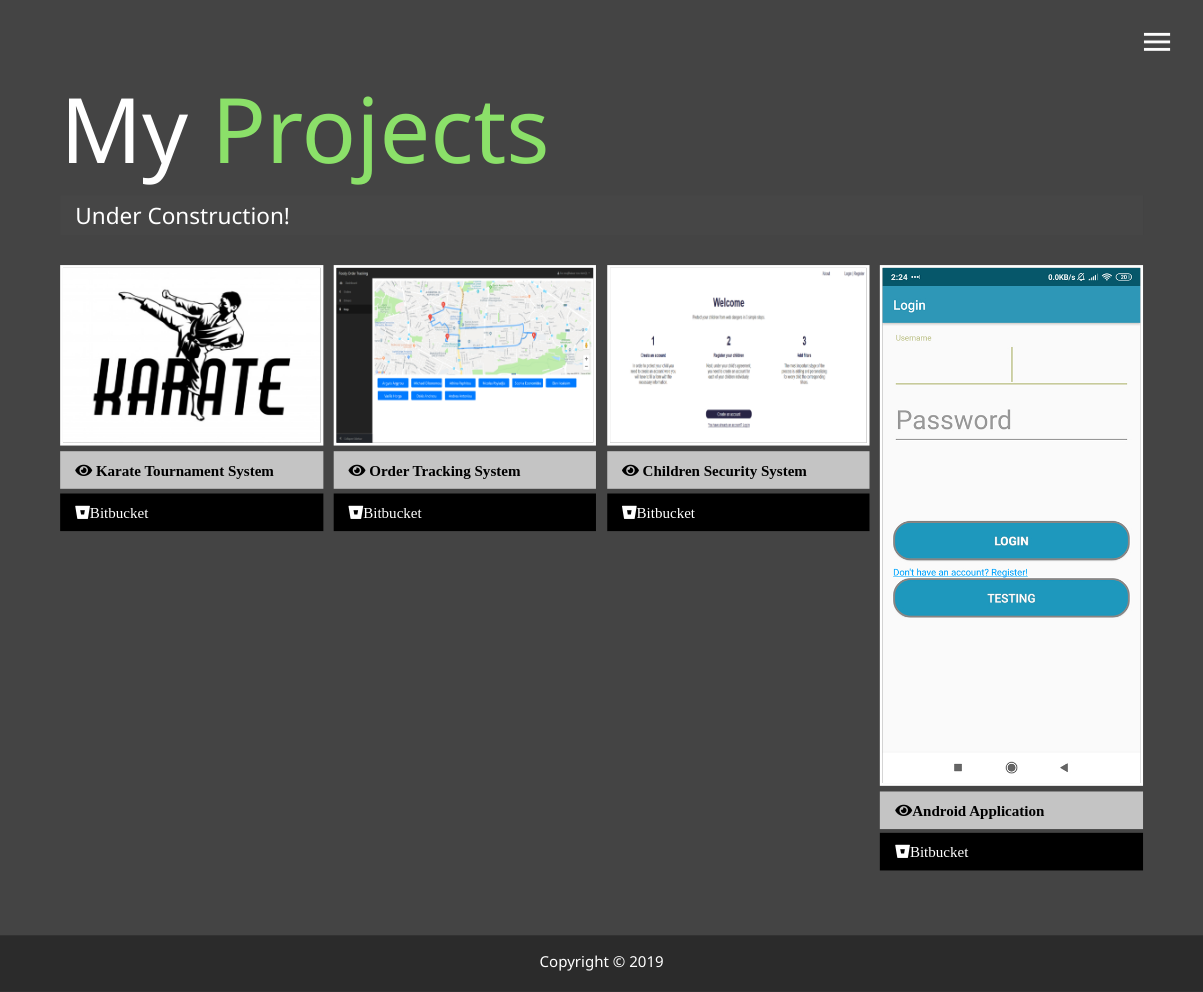
Repository: Preap/portfolio
Page: dist/work.html
These files come from the project's save history. The page is drawn as it stood at one moment and after the next save; the edit follows.
The browser window is 1280 px wide. The pictures show the whole page, at 94% of full size.
Some web libraries are served in a nearby version.

Above is the page before, as saved 2019-06-06 02:36:56.

### dist/work.html
<!DOCTYPE html>
<html lang="en">
  <head>
    <meta charset="UTF-8" />
    <meta name="viewport" content="width=device-width, initial-scale=1.0" />
    <meta http-equiv="X-UA-Compatible" content="ie=edge" />
    <link
      rel="stylesheet"
      href="https://use.fontawesome.com/releases/v5.6.1/css/all.css"
      integrity="sha384-gfdkjb5BdAXd+lj+gudLWI+BXq4IuLW5IT+brZEZsLFm++aCMlF1V92rMkPaX4PP"
      crossorigin="anonymous"
    />
    <link rel="stylesheet" href="css/main.css" />
    <title>My Work</title>
  </head>
  <body>
    <header>
      <div class="menu-btn">
        <div class="btn-line"></div>
        <div class="btn-line"></div>
        <div class="btn-line"></div>
      </div>

      <nav class="menu">
        <div class="menu-branding"><div class="portrait"></div></div>

        <ul class="menu-nav">
          <li class="nav-item">
            <a href="index.html" class="nav-link"> Home </a>
          </li>
          <li class="nav-item">
            <a href="about.html" class="nav-link"> My Experience </a>
          </li>
          <li class="nav-item">
            <a href="work.html" class="nav-link current"> My Projects </a>
          </li>
          <li class="nav-item">
            <a href="contact.html" class="nav-link"> Contact Me </a>
          </li>
        </ul>
      </nav>
    </header>

    <main id="work">
      <h1 class="lg-heading">
        My <span class="text-secondary">Projects</span>
      </h1>
      <h2 class="sm-heading">Under Construction!</h2>
      <div class="projects">
        <div class="item">
          <a href="./projects/karate.html">
            <img src="./img/projects/karate/logo.jpg" alt="karate_image" />
          </a>

          <a href="#!" class="btn-light">
            <i class="fas fa-eye"> Karate Tournament System</i>
          </a>
          <a href="#!" class="btn-dark">
            <i class="fab fa-bitbucket">Bitbucket</i>
          </a>
        </div>
        <div class="item">
          <a href="./projects/ordertracking.html">
            <img
              src="./img/projects/ordertracking/image1.jpg"
              alt="ordertracking_image"
            />
          </a>

          <a href="#!" class="btn-light">
            <i class="fas fa-eye"> Order Tracking System</i>
          </a>
          <a href="#!" class="btn-dark">
            <i class="fab fa-bitbucket">Bitbucket</i>
          </a>
        </div>
        <div class="item">
          <a href="./projects/encase.html">
            <img src="./img/projects/encase/image1.jpg" alt="encase_image" />
          </a>

          <a href="#!" class="btn-light">
            <i class="fas fa-eye"> Children Security System</i>
          </a>
          <a href="#!" class="btn-dark">
            <i class="fab fa-bitbucket">Bitbucket</i>
          </a>
        </div>
        <div class="item">
          <a href="#!">
            <img src="./img/projects/stockcontrol/image1.jpg" alt="project1" />
          </a>

          <a href="#!" class="btn-light">
            <i class="fas fa-eye">Android Application</i>
          </a>
          <a href="#!" class="btn-dark">
            <i class="fab fa-bitbucket">Bitbucket</i>
          </a>
        </div>
      </div>
    </main>

    <footer id="main-footer">
      Copyright &copy; 2019
    </footer>

    <script src="js/main.js"></script>
  </body>
</html>

### dist/css/main.css
.menu-btn {
  position: absolute;
  top: 35px;
  right: 35px;
  z-index: 3;
  cursor: pointer;
  transition: all 0.5s ease-out;
}
.menu-btn .btn-line {
  width: 28px;
  height: 3px;
  margin: 0 0 5px 0;
  background: #fff;
  transition: all 0.5s ease-out;
}
.menu-btn.close {
  transform: rotate(180deg);
}
.menu-btn.close .btn-line:nth-child(1) {
  transform: rotate(45deg) translate(5px, 5px);
}
.menu-btn.close .btn-line:nth-child(2) {
  opacity: 0;
}
.menu-btn.close .btn-line:nth-child(3) {
  transform: rotate(-45deg) translate(6px, -6px);
}

.menu {
  position: fixed;
  top: 0;
  width: 100%;
  opacity: 0.98;
  visibility: hidden;
}
.menu.show {
  visibility: visible;
}
.menu-branding,
.menu-nav {
  display: flex;
  flex-flow: column wrap;
  align-items: center;
  justify-content: center;
  float: left;
  width: 50%;
  height: 100vh;
  overflow: hidden;
}
.menu-nav {
  margin: 0;
  padding: 0;
  background: #373737;
  list-style: none;
  transform: translate3d(100%, -100%, 0);
  transition: all 0.5s ease-out;
}
.menu-nav.show {
  transform: translate3d(0, 0, 0);
}
.menu-branding {
  background: #444;
  transform: translate3d(-100%, 100%, 0);
  transition: all 0.5s ease-out;
}
.menu-branding.show {
  transform: translate3d(0, 0, 0);
}
.menu-branding .portrait {
  width: 250px;
  height: 250px;
  background: url(../img/port2BW.jpg);
  border-radius: 50%;
  border: solid 3px #8be069;
  opacity: 1;
}
.menu .nav-item {
  transform: translate3d(600px, 0, 0);
  transition: all 0.5s ease-out;
}
.menu .nav-item.show {
  transform: translate3d(0, 0, 0);
}
.menu .nav-link {
  display: inline-block;
  position: relative;
  font-size: 50px;
  text-transform: uppercase;
  padding: 1rem 0;
  font-weight: 300;
  color: #fff;
  text-decoration: none;
  transition: all 0.5s ease-out;
}
.menu .nav-link:hover {
  color: #8be069;
  transition: all 0.5s ease-out;
}
.menu .nav-link.current {
  color: #8be069;
}

.nav-item:nth-child(1) {
  transition-delay: 0.15s;
}

.nav-item:nth-child(2) {
  transition-delay: 0.3s;
}

.nav-item:nth-child(3) {
  transition-delay: 0.45s;
}

.nav-item:nth-child(4) {
  transition-delay: 0.6s;
}

* {
  box-sizing: border-box;
}

body {
  background: #444;
  color: #fff;
  height: 100%;
  margin: 0;
  font-family: "Segoe UI", Tahoma, Geneva, Verdana, sans-serif;
  line-height: 1.5;
}
body#bg-img {
  background: url(../img/keyboard.jpg);
  background-attachment: fixed;
  background-size: cover;
}
body#bg-img::after {
  content: "";
  position: absolute;
  top: 0;
  right: 0;
  width: 100%;
  height: 100%;
  z-index: -1;
  background: rgba(68, 68, 68, 0.9);
}

h1,
h2,
h3 {
  margin: 0;
  font-weight: 400;
}
h1.lg-heading,
h2.lg-heading,
h3.lg-heading {
  font-size: 6rem;
}
h1.sm-heading,
h2.sm-heading,
h3.sm-heading {
  margin-bottom: 2rem;
  padding: 0.2rem 1rem;
  background: rgba(73, 73, 73, 0.5);
}

a {
  color: #fff;
  text-decoration-line: none;
}

header {
  position: fixed;
  z-index: 2;
  width: 100%;
}

.text-secondary {
  color: #8be069;
}

main {
  padding: 4rem;
  min-height: calc(100vh - 60px);
}
main .icons {
  margin-top: 1rem;
}
main .icons a {
  padding: 0.4rem;
}
main .icons a:hover {
  color: #8be069;
  transition: all 0.5s ease-out;
}
main#home {
  overflow: hidden;
}
main#home h1 {
  margin-top: 20vh;
}

.about-info {
  display: grid;
  grid-gap: 30px;
  grid-template-areas:
    "bioimage bio bio"
    "job1 job2 job3";
  grid-template-columns: repeat(3, 1fr);
}
.about-info .bio-image {
  grid-area: bioimage;
  margin: auto;
  border-radius: 50%;
  border: #8be069 3px solid;
}
.about-info .bio {
  grid-area: bio;
  font-size: 1.5rem;
}
.about-info .job-1 {
  grid-area: job1;
}
.about-info .job-2 {
  grid-area: job2;
}
.about-info .job-3 {
  grid-area: job3;
}
.about-info .job {
  background: #585858;
  padding: 0.5rem;
  border-bottom: #8be069 5px solid;
}

.projects {
  display: grid;
  grid-gap: 0.7rem;
  grid-template-columns: repeat(3, 1fr);
}
.projects img {
  width: 100%;
  border: 3px #fff solid;
}
.projects img:hover {
  opacity: 0.5;
  border-color: #8be069;
  transition: all 0.5s ease-out;
}

.boxes {
  display: flex;
  flex-wrap: wrap;
  justify-content: space-evenly;
  align-items: center;
  margin-top: 1rem;
}
.boxes div {
  font-size: 2rem;
  border: 3px #fff solid;
  padding: 1.5rem 2.5rem;
  margin-bottom: 3rem;
  transition: all 0.5s ease-out;
}
.boxes div:hover {
  padding: 0.5rem 1.5rem;
  background: #8be069;
  color: #000;
}
.boxes div:hover span {
  color: #000;
}

.btn,
.btn-dark,
.btn-light {
  display: block;
  padding: 0.5rem 1rem;
  border: 0;
  margin-bottom: 0.3rem;
}
.btn:hover,
.btn-dark:hover,
.btn-light:hover {
  background: #8be069;
  color: #000;
  transition: all 0.5s ease-out;
}

.btn-dark {
  background: black;
  color: #fff;
}

.btn-light {
  background: #c4c4c4;
  color: #000;
}

#main-footer {
  text-align: center;
  padding: 1rem;
  background: #2b2b2b;
  color: #fff;
  height: 60px;
}

.bio {
  grid-area: bio;
  font-size: 1.5rem;
}

@media screen and (min-width: 1171px) {
  .projects {
    grid-template-columns: repeat(4, 1fr);
  }
}

@media screen and (min-width: 769) and (max-width: 1170px) {
  .projects {
    grid-template-columns: repeat(3, 1fr);
  }
}

@media screen and (max-width: 768px) {
  main {
    align-items: center;
    text-align: center;
  }
  main .lg-heading {
    line-height: 1;
    margin-bottom: 1rem;
  }
  ul.menu-nav,
  div.menu-branding {
    float: none;
    width: 100%;
    min-height: 0;
  }
  ul.menu-nav.show,
  div.menu-branding.show {
    transform: translate3d(0, 0, 0);
  }
  .menu-nav {
    height: 75vh;
    transform: translate3d(-100%, 0, 0);
    font-size: 24px;
  }
  .menu-branding {
    height: 25vh;
    transform: translate3d(100%, 0, 0);
  }
  .menu-branding .portrait {
    background: url(../img/portSmallBW.jpg);
    width: 150px;
    height: 150px;
  }
  .about-info {
    grid-template-areas:
      "bioimage"
      "bio"
      "job1"
      "job2"
      "job3";
    grid-template-columns: 1fr;
  }
  .projects {
    grid-template-columns: repeat(2, 1fr);
  }
}

@media screen and (max-width: 500px) {
  main#home h1 {
    margin-top: 10vh;
  }
  .projects {
    grid-template-columns: 1fr;
  }
}

### dist/js/main.js
// Select DOM Items
const menuBtn = document.querySelector(".menu-btn");
const menu = document.querySelector(".menu");
const menuNav = document.querySelector(".menu-nav");
const menuBranding = document.querySelector(".menu-branding");
const navItems = document.querySelectorAll(".nav-item");

//Set initial state of menu

let showMenu = false;

menuBtn.addEventListener("click", toggleMenu);

function toggleMenu() {
  if (!showMenu) {
    menuBtn.classList.add("close");
    menu.classList.add("show");
    menuNav.classList.add("show");
    menuBranding.classList.add("show");
    navItems.forEach(item => item.classList.add("show"));

    //set menu state
    showMenu = true;
  } else {
    menuBtn.classList.remove("close");
    menu.classList.remove("show");
    menuNav.classList.remove("show");
    menuBranding.classList.remove("show");
    navItems.forEach(item => item.classList.remove("show"));

    //set menu state
    showMenu = false;
  }
}

After the next save:
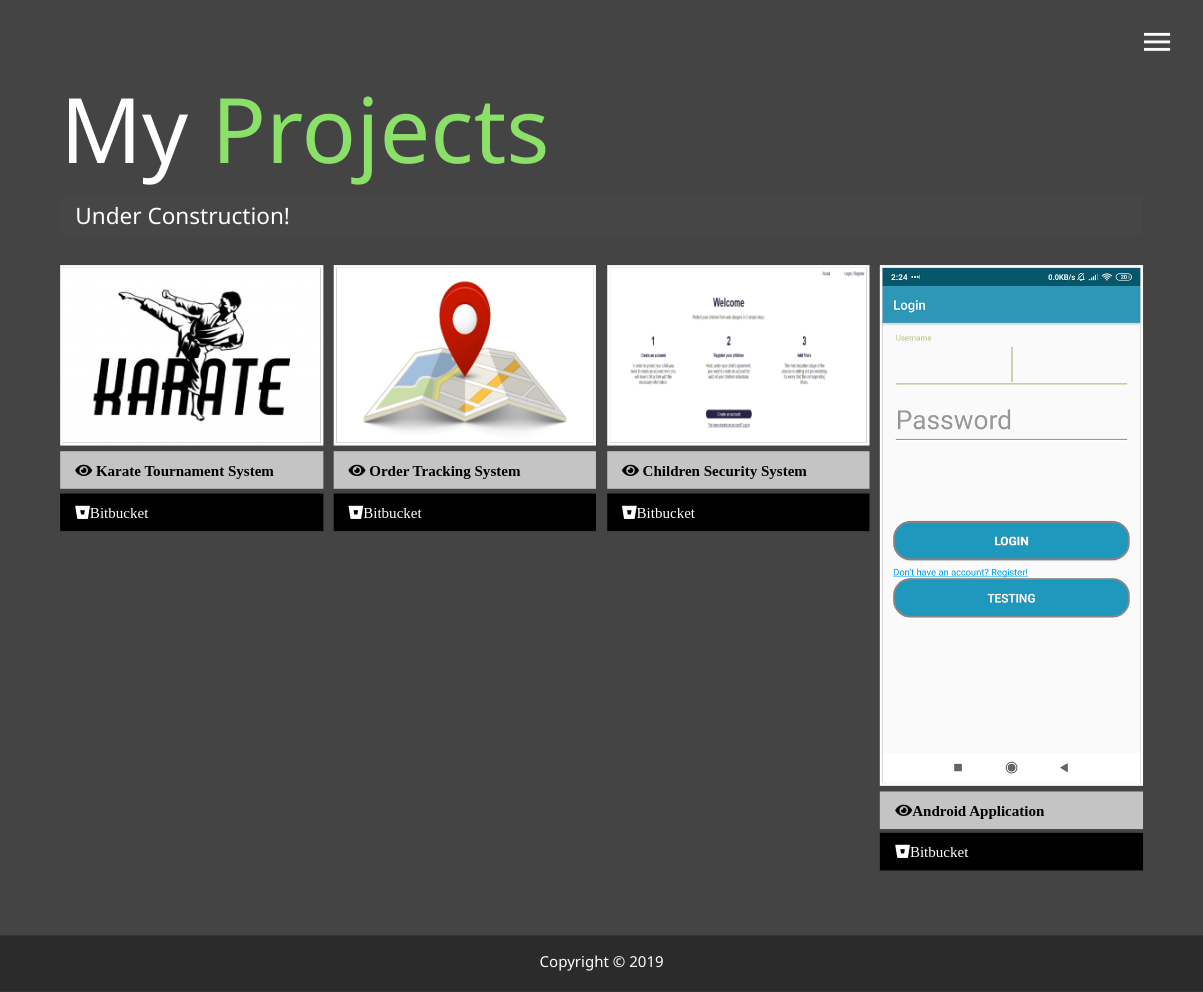
Saved 2 min 37 s later.
--- a/dist/work.html
+++ b/dist/work.html
@@ -62,7 +62,7 @@
         <div class="item">
           <a href="./projects/ordertracking.html">
             <img
-              src="./img/projects/ordertracking/image1.jpg"
+              src="./img/projects/ordertracking/logo.jpg"
               alt="ordertracking_image"
             />
           </a>
